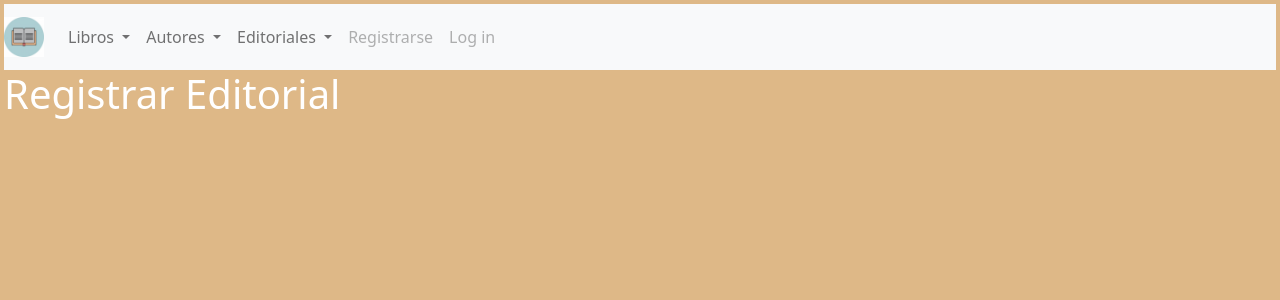
Repository: frnalonso/libreria
Page: src/main/resources/templates/registrarEditorial.html
An editor plug-in stored every save of this project. The page is shown before and after the next save, followed by the edit.
The browser window is 1280 px wide. The pictures show the whole page.

Above is the page before, as saved 2021-11-16 11:29:21.

After the next save:
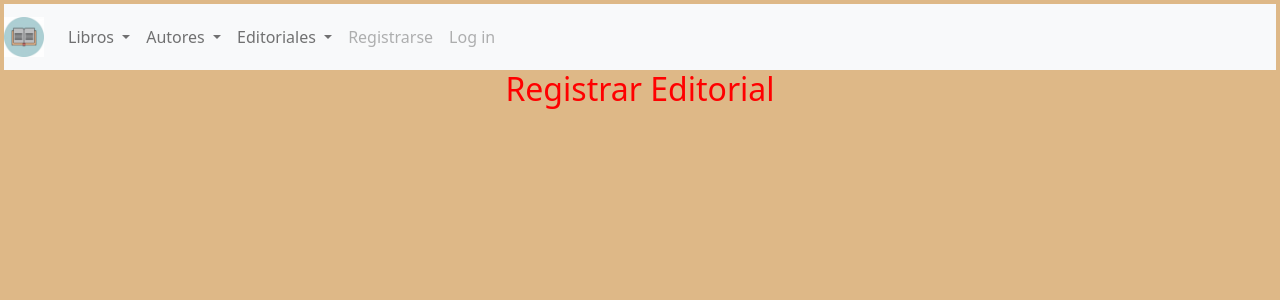
Saved 12 s later.
--- a/src/main/resources/templates/registrarEditorial.html
+++ b/src/main/resources/templates/registrarEditorial.html
@@ -52,7 +52,7 @@
         </div>
       </nav>
 
-      <h1>Registrar Editorial</h1>
+      <h2>Registrar Editorial</h2>
 
     <!-- Optional JavaScript; choose one of the two! -->
 
